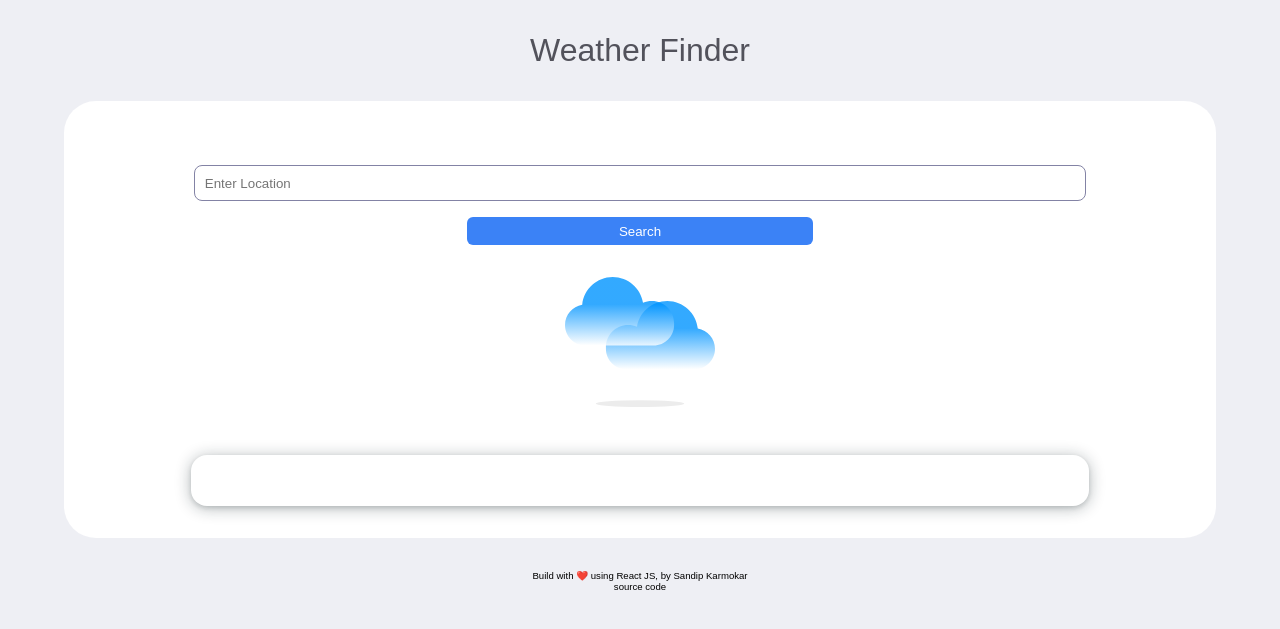
Repository: sandipkarmokar/weather-app
Page: /
The author's editor kept a copy of each file at every save. The page is drawn from the files as they stood at one save, then again after the next save.
The browser window is 1280 px wide. The pictures show the whole page.
The project was rebuilt for these pictures with package versions that can differ from the ones it lists, and the page was loaded fresh each time.

Above is the page before, as saved 2022-04-12 18:08:36.

After the next save:
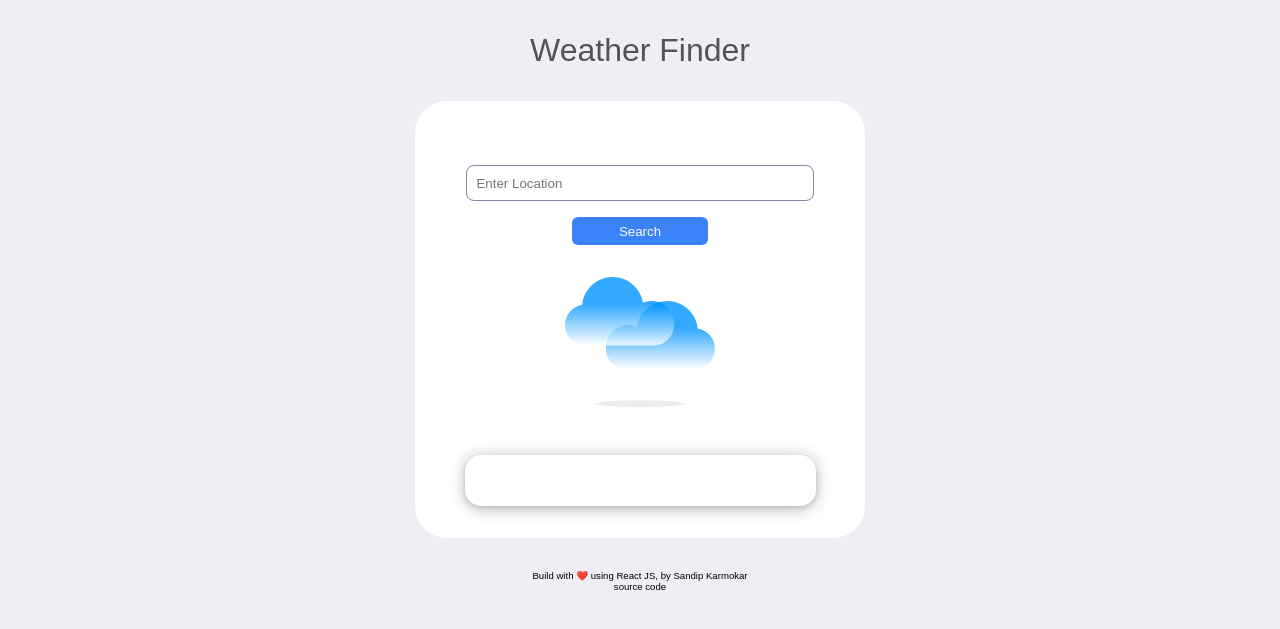
Saved 7 s later.
--- a/src/App.css
+++ b/src/App.css
@@ -164,7 +164,7 @@
     }
 
     .app .app-container {
-        width: 90%;
+        width: 450px;
         margin: 2rem auto;
         background: #ffffff;
         border-radius: 2rem;
